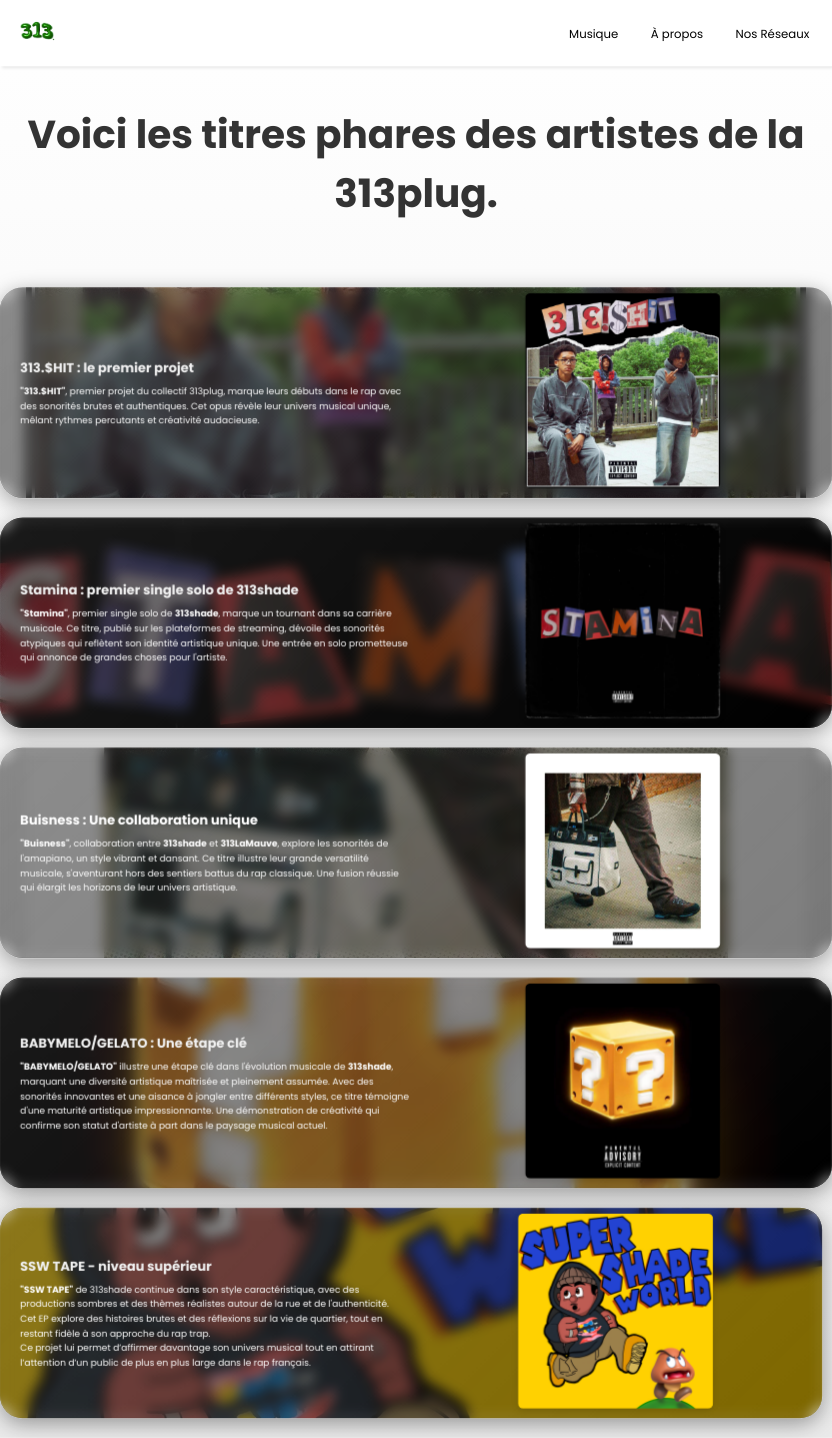
Repository: 313Kody/313plug-Site-Officiel
Page: musique.html
The author's editor kept a copy of each file at every save. The page is drawn from the files as they stood at one save, then again after the next save.
The browser window is 1280 px wide. The pictures show the whole page, at 65% of full size.
Some web fonts or font styles are not loaded; a fallback is used.

Above is the page before, as saved 2024-11-24 17:56:13.

### musique.html
<!DOCTYPE html>
<html lang="en">
<head>
   <meta charset="UTF-8">
   <meta name="viewport" content="width=device-width, initial-scale=1.0">
   <title>313plug - Musique</title>
   <link rel="stylesheet" href="CSS/styles.css">
   <link href="https://fonts.googleapis.com/css2?family=Fugaz+One&family=Poppins:wght@100;200;300;400;500;600;700;800;900&display=swap" rel="stylesheet">
</head>
<body>
   <nav class="main-nav">
      <div class="logo">
         <a href="index.html">
            <img src="images/313_vert-removebg-preview.png" alt="logo du groupe">
         </a>
      </div>
         <!-- Navbar en liens (cachée sur mobile) -->
      <ul class="nav-links hideOnMobile">
         <li><a href="musique.html" target="_blank">Musique</a></li>
         <li><a href="propos.html" target="_blank">À propos</a></li>
         <li><a href="réseau.html" target="_blank">Nos Réseaux</a></li>
      </ul>
         <!-- Icône de menu pour la sidebar (visible uniquement sur mobile) -->
      <div class="menu-button" onclick="showsidebar()">
         <svg xmlns="http://www.w3.org/2000/svg" height="28px" viewBox="0 -960 960 960" width="28px" fill="#000000">
            <path d="M120-240v-80h720v80H120Zm0-200v-80h720v80H120Zm0-200v-80h720v80H120Z"/>
         </svg>
      </div>
   </nav>
      <!-- Sidebar (initialement cachée) -->
   <aside class="sidebar" id="sidebar">
      <ul>
         <li onclick="hidesidebar()">
            <a href="#"><svg xmlns="http://www.w3.org/2000/svg" height="28px" viewBox="0 -960 960 960" width="28px" fill="#000000"><path d="m256-200-56-56 224-224-224-224 56-56 224 224 224-224 56 56-224 224 224 224-56 56-224-224-224 224Z"/></svg></a></li>
            <li><a href="musique.html" target="_blank">Musique</a></li>
            <li><a href="propos.html" target="_blank">À propos</a></li>
            <li><a href="réseau.html" target="_blank">Nos Réseaux</a></li>
      </ul>
   </aside>
      <script>
         function showsidebar(){
            const sidebar = document.querySelector('.sidebar');
            sidebar.style.display = 'flex';
         }
         function hidesidebar(){
            const sidebar = document.querySelector('.sidebar');
            sidebar.style.display = 'none';
         }
      </script>

   <section class="titre-musique">
      <div class="text-intro">
         <h1>Voici les titres phares des artistes de la 313plug.</h1>
     </div>
      <!-- Premier projet 313.$HIT -->
      <div class="cover-container1">
         <div class="glass">
            <div class="text">
               <h2>313.$HIT : le premier projet</h2>
               <p><strong>"313.$HIT"</strong>, premier projet du collectif 313plug, marque leurs débuts dans le rap avec des sonorités brutes et authentiques. Cet opus révèle leur univers musical unique, mêlant rythmes percutants et créativité audacieuse.</p>
            </div>
            <a href="https://linktr.ee/313.SHIT" target="_blank" class="cover-link">
               <img src="images/313.SHIT COVER.jpg" alt="Cover 313.$HIT" class="cover-image">
            </a>
         </div>
      </div>

      <!-- Premier single "Stamina" -->
      <div class="cover-container2">
         <div class="glass">
            <div class="text">
               <h2>Stamina : premier single solo de 313shade</h2>
               <p><strong>"Stamina"</strong>, premier single solo de <strong>313shade</strong>, marque un tournant dans sa carrière musicale. Ce titre, publié sur les plateformes de streaming, dévoile des sonorités atypiques qui reflètent son identité artistique unique. Une entrée en solo prometteuse qui annonce de grandes choses pour l'artiste.</p>
            </div>
            <a href="https://linktr.ee/Staminaby313shade" target="_blank" class="cover-link">
               <img src="images/STAMINA COVER.jpg" alt="Cover Stamina" class="cover-image">
            </a>
         </div>
      </div>

      <!-- Collaboration "Buisness" -->
      <div class="cover-container3">
         <div class="glass">
            <div class="text">
               <h3>Buisness : Une collaboration unique</h3>
               <p><strong>"Buisness"</strong>, collaboration entre <strong>313shade</strong> et <strong>313LaMauve</strong>, explore les sonorités de l'amapiano, un style vibrant et dansant. Ce titre illustre leur grande versatilité musicale, s'aventurant hors des sentiers battus du rap classique. Une fusion réussie qui élargit les horizons de leur univers artistique.</p>
            </div>
            <a href="https://linktr.ee/BuisnessBy313shade" target="_blank" class="cover-link">
               <img src="images/BUISNESS COVER.jpg" alt="Cover Buisness" class="cover-image">
            </a>
         </div>
      </div>

      <!-- Single "BABYMELO/GELATO" -->
      <div class="cover-container4">
         <div class="glass">
            <div class="text">
               <h2>BABYMELO/GELATO : Une étape clé</h2>
               <p><strong>"BABYMELO/GELATO"</strong> illustre une étape clé dans l'évolution musicale de <strong>313shade</strong>, marquant une diversité artistique maîtrisée et pleinement assumée. Avec des sonorités innovantes et une aisance à jongler entre différents styles, ce titre témoigne d'une maturité artistique impressionnante. Une démonstration de créativité qui confirme son statut d'artiste à part dans le paysage musical actuel.</p>
            </div>
            <a href="https://linktr.ee/babymelogelato" target="_blank" class="cover-link">
               <img src="images/gelato.jpg" alt="Cover Gelato" class="cover-image">
            </a>
         </div>
      </div>

      <!-- Projet "SSW TAPE" -->
      <div class="cover-container5">
         <div class="glass">
            <div class="text">
               <h2>SSW TAPE - niveau supérieur</h2>
               <p><strong>"SSW TAPE"</strong> de 313shade continue dans son style caractéristique, avec des productions sombres et des thèmes réalistes autour de la rue et de l'authenticité. Cet EP explore des histoires brutes et des réflexions sur la vie de quartier, tout en restant fidèle à son approche du rap trap.</p>
               <p>Ce projet lui permet d’affirmer davantage son univers musical tout en attirant l’attention d’un public de plus en plus large dans le rap français.</p>
            </div>
            <a href="https://linktr.ee/313Kody" target="_blank" class="cover-link">
               <img src="images/SSW TAPE.jpg" alt="Cover SSW TAPE" class="cover-image">
            </a>
         </div>
      </div>
   </section>
</body>
</html>

### CSS/styles.css
/* Styles globaux */

* {
    box-sizing: border-box;
    margin: 0;
    padding: 0;
}

body {
    margin: 0 auto;
    font-family: "Poppins", sans-serif;
    background: linear-gradient(180deg, #ffffff, #eaeaea);
    color: #333;
}

.fugaz-one {
    font-family: "Fugaz One", sans-serif;
}
/* background----------------------------------------------------------------- */

.logo img {
    width: 75px;
    align-items: baseline;
}

/* Header / Navbar--------------------------------------------------------------- */
.main-nav {
    display: flex;
    align-items: center;
    justify-content: space-between;
    padding: 10px 20px;
    background-color: white;
    box-shadow: 3px 3px 5px rgba(0, 0, 0, 0.1);
}

.logo img {
    width: 75px;
}

.nav-links {
    list-style: none;
    display: flex;
    gap: 20px;
}

.nav-links li {
    height: 50px;
    display: flex;
    align-items: center;
}

.nav-links a {
    font-size: 18px;
    font-weight: 400;
    color: black;
    text-decoration: none;
    padding: 0 15px;
}

.nav-links a:hover {
    background-color: #f0f0f0;
    border-radius: 4px;
}

/* Sidebar----------------------------------------------------------------------- */
.sidebar {
    position: fixed;
    top: 0;
    right: 0;
    height: 100vh;
    width: 250px;
    z-index: 999;
    background-color: rgba(255, 255, 255, 0.626);
    backdrop-filter: blur(10px);
    box-shadow: -10px 0 10px rgba(0, 0, 0, 0.1);
    display: none;
    flex-direction: column;
    align-items: flex-start;
    padding: 20px;
}

.sidebar ul {
    list-style: none;
    padding: 0;
}

.sidebar li {
    width: 100%;
}

.sidebar a {
    font-size: 18px;
    color: black;
    text-decoration: none;
    padding: 10px;
    display: block;
}

.sidebar a:hover {
    background-color: #e8e8e8;
}

/* Menu button sidebar */
.menu-button {
    display: none;
}

/* Responsive */
@media(max-width: 800px) {
    .hideOnMobile {
        display: none;
    }
    .menu-button {
        display: block;
    }
}
@media(max-width: 400px) {
    .sidebar {
        width: 100%;
    }
}
/* Landing page -------------------------------------------------------------- */

section.hautdepage {
    background: url('../images/TRAPSHIT COVER Banniere.jpg');
    background-size: cover;
    background-repeat: no-repeat;
    background-position: center ;
    height: 80vh;
}

.big-title {
    color: rgb(255, 255, 255);
    font-size: 50px;
    padding: 20px 50px;
    margin-top: 40px;
}
/* BOUTTON ------------------------------------------------------------------- */
.button {
    height: 100vh;
    display: flex;
    align-items: center;
    justify-content: center;
    margin-top: -150px;
}

.button-style {
    position: relative;
    align-items: center;
    justify-content: center;
    padding: 10px 22px;
    background: none;
    border:3px solid #e8e8e8;
    border-radius: 6px;
    color: #fff;
    font-size: 18px;
    font-weight: bold;
    text-decoration: none;
    text-align: center;
    cursor: pointer;
    transition: transform 0.3s ease;
    box-shadow: 0px 4px 10px rgba(0, 0, 0, 0.3);
}

.button :active{
    transition: scale(0.96);
}

/* Titre de Section----------------------------------------------------------- */
.section-title{
    font-size: 45px;
    font-weight: 200;
    margin-top: 25px;
    position: relative;
}

.section-title::before {
    content: "";
    position: absolute;
    background-color: rgb(0, 0, 0);
    width: 100px;
    height: 3px;
    margin-top: 7px;
}
/* section music home ---------------------------------------------------------*/


.section-title {
    text-align: center;
    font-family: "Poppins", sans-serif;
    font-size: 36px;
    font-weight: bold;
    color: #000000;
    margin-bottom: 30px;
}

/* Flex container */
.cover-flex {
    display: flex;
    flex-wrap: wrap;
    justify-content: space-between;
    align-items: center;
    gap: 20px;
    margin-left: 15px;
}

/* Images à gauche */
.cover-images {
    display: flex;
    flex-wrap: wrap;
    gap: 15px;
    max-width: 100%;
}

/* Image individuelle */
.cover-box {
    flex: 1;
    max-width: 250px;
    border-radius: 10px;
    overflow: hidden;
    box-shadow: 0px 4px 10px rgba(0, 0, 0, 0.3);
    transition: transform 0.3s ease;
}

.cover-box img {
    width: 100%;
    height: auto;
    display: block;
}

.cover-box:hover {
    transform: scale(1.05);
}

/* Texte et bouton à droite */
.text-container {
    max-width: 35%;
    display: flex;
    flex-direction: column;
    align-items: flex-start;
    justify-content: center;
    gap: 20px;
    color: #000000;
    margin-right: 15px;
}

/* Texte */
.text-music {
    font-family: "Poppins", sans-serif;
    font-size: 16px;
    line-height: 1.8;
    color: #000000;
}

.text-music h2 {
    font-size: 24px;
    font-weight: bold;
    color: #000000;
    margin-bottom: 10px;
}

/* Bouton */
.button-style2 {
    display: inline-block;
    padding: 10px 20px;
    background-color: #ffffff;
    border: none;
    border-radius: 5px;
    color: #000000;
    font-size: 16px;
    font-weight: bold;
    text-decoration: none;
    text-align: center;
    transition: background-color 0.3s ease, transform 0.2s ease;
    box-shadow: 0px 4px 10px rgba(0, 0, 0, 0.3);
}

.button-style2:hover {
    background-color: #fddf5abb;
    transform: translateY(-3px);
}

.button-style2:active {
    transform: translateY(1px);
}

/* responsive pour la home page */

@media (max-width: 1120px) {
    .button-style{
        padding: 12px 30px;
        font-size: 20px;
        margin-bottom: 145px;
    }
}

@media (max-width: 768px) {
    /* Réduire la taille du texte du titre */
    .section-title {
        font-size: 28px;
    }

    /* Changer le comportement du conteneur .cover-flex */
    .cover-flex {
        flex-direction: column;
        justify-content: center;
        align-items: center;
        gap: 10px;
    }

    /* Modifier l'image de cover pour qu'elle soit plus petite sur les petits écrans */
    .cover-box {
        max-width: 100%;
    }

    /* Ajuster la taille du texte */
    .text-music {
        font-size: 14px;
    }

    .text-music h2 {
        font-size: 20px;
    }

    /* Ajuster la largeur du texte et des boutons */
    .text-container {
        max-width: 90%; /* Plus large sur mobile */
        margin-right: 0;
    }

    /* Boutons plus grands et espacés */
    .button-style2 {
        padding: 12px 24px;
        font-size: 18px;
    }

    .button-style {
        padding: 12px 30px;
        font-size: 20px;
        margin-top: 4px;
    }

    /* Empêcher que les éléments débordent */
    .button {
        height: auto;
        margin-top: 10px;
    }
}

@media (max-width: 574px) {
    .big-title{
        font-size: 40px;
    }
}
/* Lorsque l'écran est plus petit que 480px (taille mobile très petite) */
@media (max-width: 480px) {
    /* Réduire encore plus la taille du texte */
    .section-title {
        font-size: 24px;
    }

    .text-music {
        font-size: 12px;
    }

    .text-music h2 {
        font-size: 18px;
    }

    .button-style {
        padding: 10px 20px;
        font-size: 16px;
    }

    .big-title {
        font-size: 30px;
    }

    /* Ajuster l'espace autour des éléments */
    .cover-flex {
        gap: 10px;
    }

    .cover-box {
        max-width: 100%; /* Image en pleine largeur */
    }

    /* Mettre les textes et images en colonne */
    .cover-images {
        flex-direction: column;
        gap: 10px;
    }
}

/* PAGES MUSIQUES : Styles pour la section Cover ------------------------------------*/

/* Conteneur de chaque cover et texte */


.titre-musique {
    display: flex;
    flex-direction: column;
    justify-content: center;
    align-items: center;
}
.cover-container1 {
    max-width: 1600px;
    display: flex;
    justify-content: space-between;
    align-items: center;
    margin-bottom: 30px;
    flex-wrap: wrap;
    background-image: url("/images/313.SHIT\ COVER.jpg");
    background-position:center;
    background-repeat: no-repeat;
    background-blend-mode: darken;
    background-color: rgba(0, 0, 0, 0.5);
    border-radius: 35px;
    height: 45vh;
}

.cover-container2 {
    max-width: 1600px;
    display: flex;
    justify-content: space-between;
    align-items: center;
    margin-bottom: 30px;
    flex-wrap: wrap;
    background-image: url("/images/STAMINA\ COVER.jpg");
    background-position:center;
    background-repeat: no-repeat;
    background-blend-mode: darken;
    background-color: rgba(0, 0, 0, 0.5);
    border-radius: 35px;
    height: 45vh;
}
.cover-container3 {
    max-width: 1600px;
    display: flex;
    justify-content: space-between;
    align-items: center;
    margin-bottom: 30px;
    flex-wrap: wrap;
    background-image: url("/images/BUISNESS\ COVER.jpg");
    background-position:center;
    background-repeat: no-repeat;
    background-blend-mode: darken;
    background-color: rgba(0, 0, 0, 0.5);
    border-radius: 35px;
    height: 45vh;
}
.cover-container4 {
    max-width: 1600px;
    display: flex;
    justify-content: space-between;
    align-items: center;
    margin-bottom: 30px;
    flex-wrap: wrap;
    background-image: url("/images/gelato.jpg");
    background-position:center;
    background-repeat: no-repeat;
    background-blend-mode: darken;
    background-color: rgba(0, 0, 0, 0.5);
    border-radius: 35px;
    height: 45vh;
}
.cover-container5 {
    max-width: 1600px;
    display: flex;
    float: left;
    margin-right: 15px;
    justify-content: space-between;
    align-items: center;
    margin-bottom: 30px;
    flex-wrap: wrap;
    background-image: url("/images/SSW TAPE.jpg");
    background-position: center;
    background-repeat: no-repeat;
    background-blend-mode: darken;
    background-color: rgba(0, 0, 0, 0.5);
    border-radius: 35px;
    height: 45vh;
}

.glass {
    background: linear-gradient(135deg, rgba(255, 255, 255, 0.1), rgba(255, 255, 255, 0));
    backdrop-filter: blur(10px);
    -webkit-backdrop-filter: blur(10px);
    border-radius: 35px;
    border: 1px solid rgba(255, 255, 255, 0.18);
    box-shadow: 0 8px 32px 0 rgba(0, 0, 0, 0.37);
    display: flex;
    justify-content: space-between;
    align-items: center;
    height: 100%;
    padding: 0 20px;
}
/* Style pour chaque texte */
.text-intro h1{
    font-size: 60px;
    text-align: center;
    margin-bottom: 100px;
    margin-top: 60px;
}
.text {
    flex: 1;
    padding: 10px;
    font-family: "Poppins", sans-serif;
    font-size: 16px;
    color: #ffffff;
    text-align: left;
    margin-right: 15px;
}

.text h2 {
    font-family: "Poppins", sans-serif;
    font-size: 20px;
    color: #f1f1f1;
    margin-bottom: 10px;
}

.text h3 {
    font-family: "Poppins", sans-serif;
    font-size: 20px;
    color: #ffffff;
    margin-bottom: 10px;
}

.text p {
    font-size: 14px;
    line-height: 1.6;
}


/* Style pour l'image de cover */
.cover-link {
    flex: 1;
    text-align: center;
}

.cover-image {
    width: 100%;
    max-width: 300px;
    height: auto;
    border-radius: 8px;
    box-shadow: 0 4px 10px rgba(0, 0, 0, 0.1);
    transition: transform 0.3s ease;
}

.cover-image:hover {
    transform: scale(1.05);
}

/* Responsivité pour petits écrans */
@media (max-width: 768px) {
    .cover-container {
        flex-direction: column;
        text-align: center;
    }

    .text {
        margin-right: 0;
        margin-bottom: 20px;
    }

    .cover-image {
        max-width: 100%;
    }
}

/* PAGES A PROPOS : images----------------------------------------------------------*/

.pics {
   position: relative;
   width: 70%;
   margin: 250px auto;
}


.images-propos {
    max-width: 320px;
    float: left;
    border: 3px solid black;
    border-radius: 10px;
    margin-right: 15px;
}

.images-propos2 {
    max-width: 320px;
    float: right;
    border: 3px solid black;
    border-radius: 10px;
    margin-left: 15px;
}

.text-box{
    color: black;
    font-weight: 600;
}

.text-box h1 {
    font-family: "Fugaz One", sans-serif;
    font-size: 42px;
    font-weight: 500;
}

.text-box h2 {
    font-family: "Fugaz One", sans-serif;
    font-size: 42px;
    font-weight: 500;
}

.text-box p {
    font-size: 16px;
}

/* Animation d'apparition */
@keyframes fadeIn {
    from {
        opacity: 0;
        transform: translateY(20px);
    }
    to {
        opacity: 1;
        transform: translateY(0);
    }
}

.pics {
    animation: fadeIn 1s ease-in-out;
}

@media (max-width: 768px) {
    .pics {
        flex-direction: column; /* Passe en colonne sur mobile */
        gap: 20px;
    }
    .images-propos, .images-propos2 {
        float: none;
        margin: 0 auto;
    }
    .text-box {
        text-align: center; /* Centre le texte sur petit écran */
    }
}

After the next save:
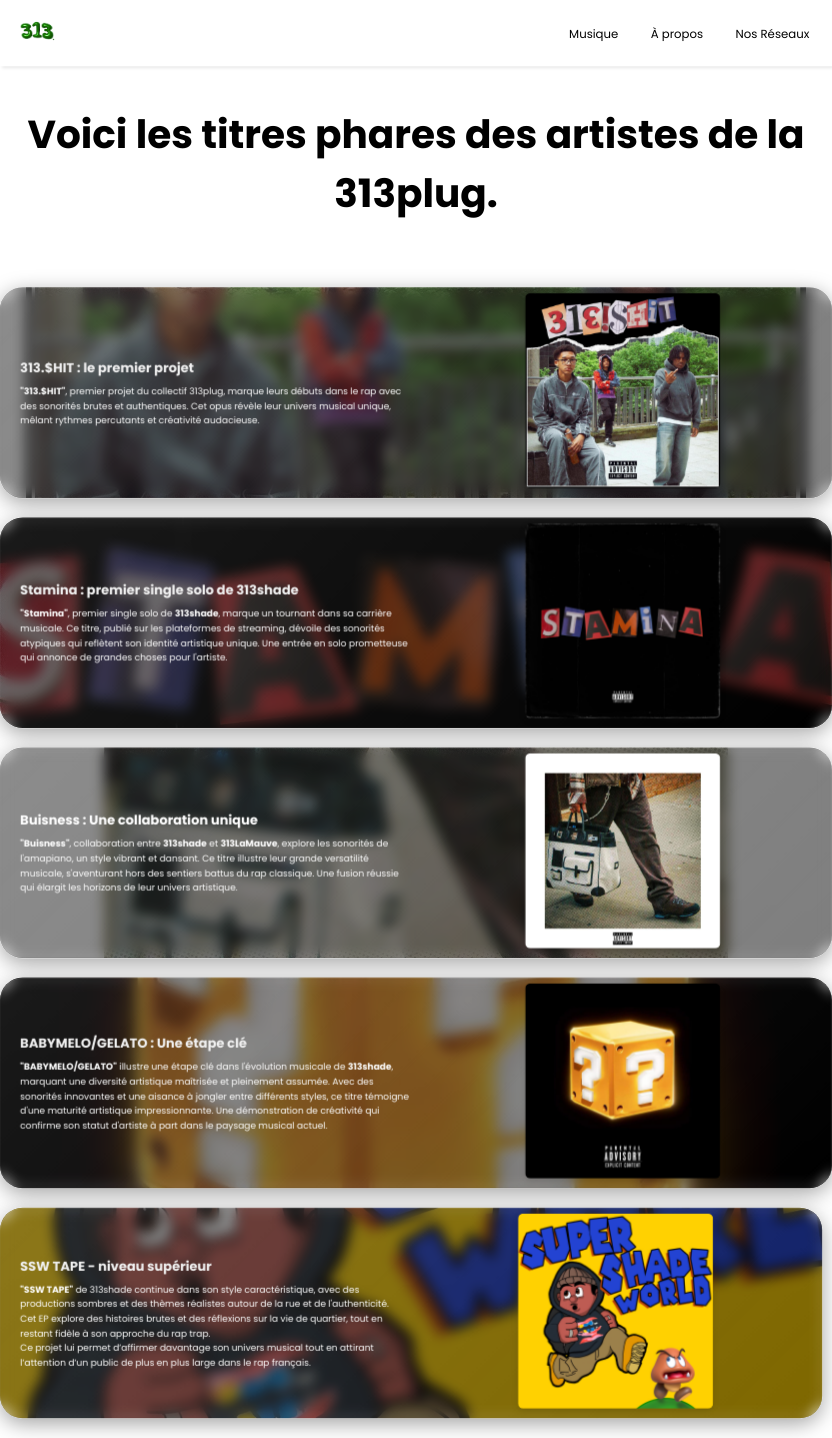
Saved 24 min 30 s later.
--- a/CSS/styles.css
+++ b/CSS/styles.css
@@ -9,8 +9,8 @@
 body {
     margin: 0 auto;
     font-family: "Poppins", sans-serif;
-    background: linear-gradient(180deg, #ffffff, #eaeaea);
-    color: #333;
+    background: white;
+
 }
 
 .fugaz-one {
